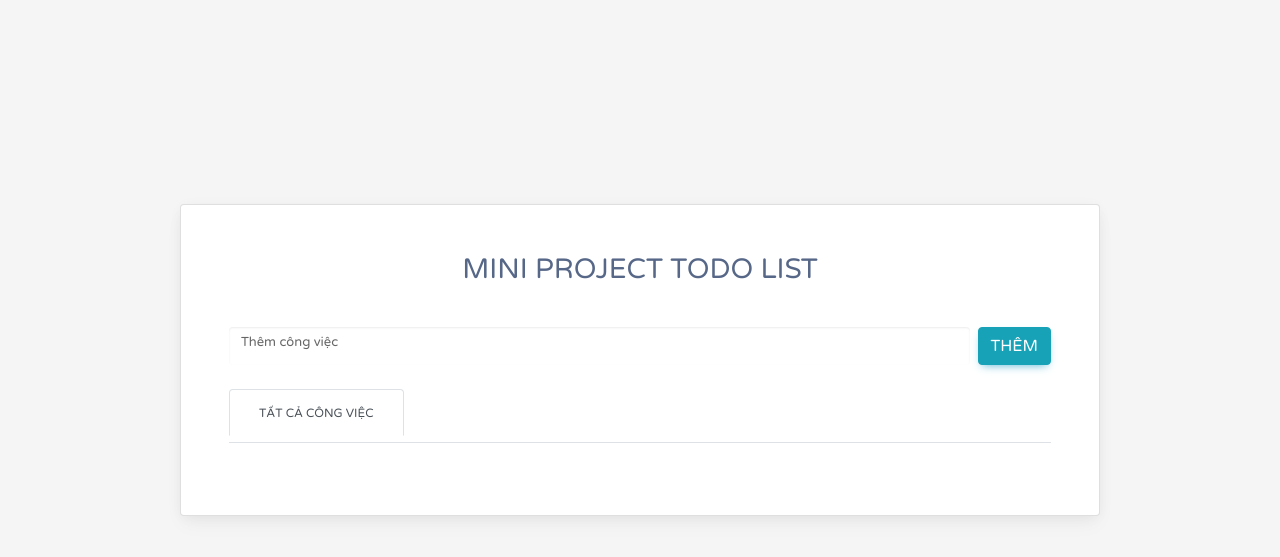
Repository: TinhTT336/MD02_Session06
Page: /
An editor plug-in stored every save of this project. The page is shown before and after the next save, followed by the edit.
The browser window is 1280 px wide. The pictures show the whole page.
Some web libraries are served in a nearby version. The project was rebuilt for these pictures with package versions that can differ from the ones it lists, and the page was loaded fresh each time. Also part of the build but not shown: vite.config.js, src/App.css, src/mini_project/TodoList.jsx, src/base/Input.jsx, src/base/Radio.jsx, src/base/Checkbox.jsx, src/Homework/AddModal.jsx, src/Homework/EditModal.jsx and 1 more.

Above is the page before, as saved 2023-09-02 21:19:01.

After the next save:
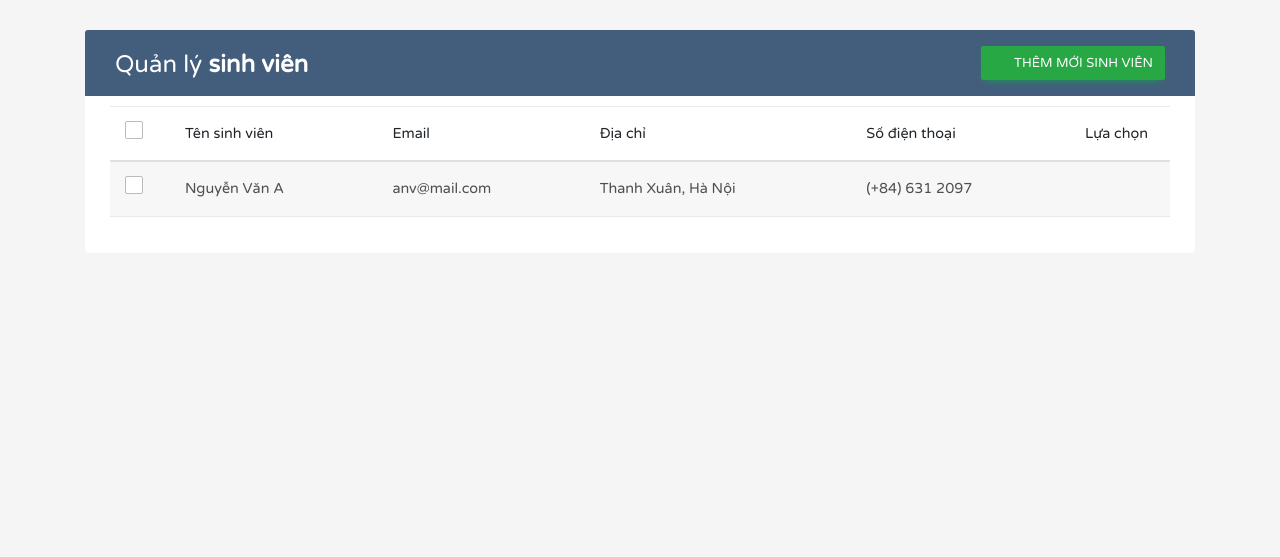
Saved 39 s later.
--- a/src/App.jsx
+++ b/src/App.jsx
@@ -15,11 +15,11 @@ function App() {
   return (
     <>
       {/* <TodoList /> */}
-      <Todo />
+      {/* <Todo /> */}
       {/* <Input /> */}
       {/* <Radio /> */}
       {/* <Checkbox /> */}
-      {/* <Index /> */}
+      <Index />
     </>
   );
 }
